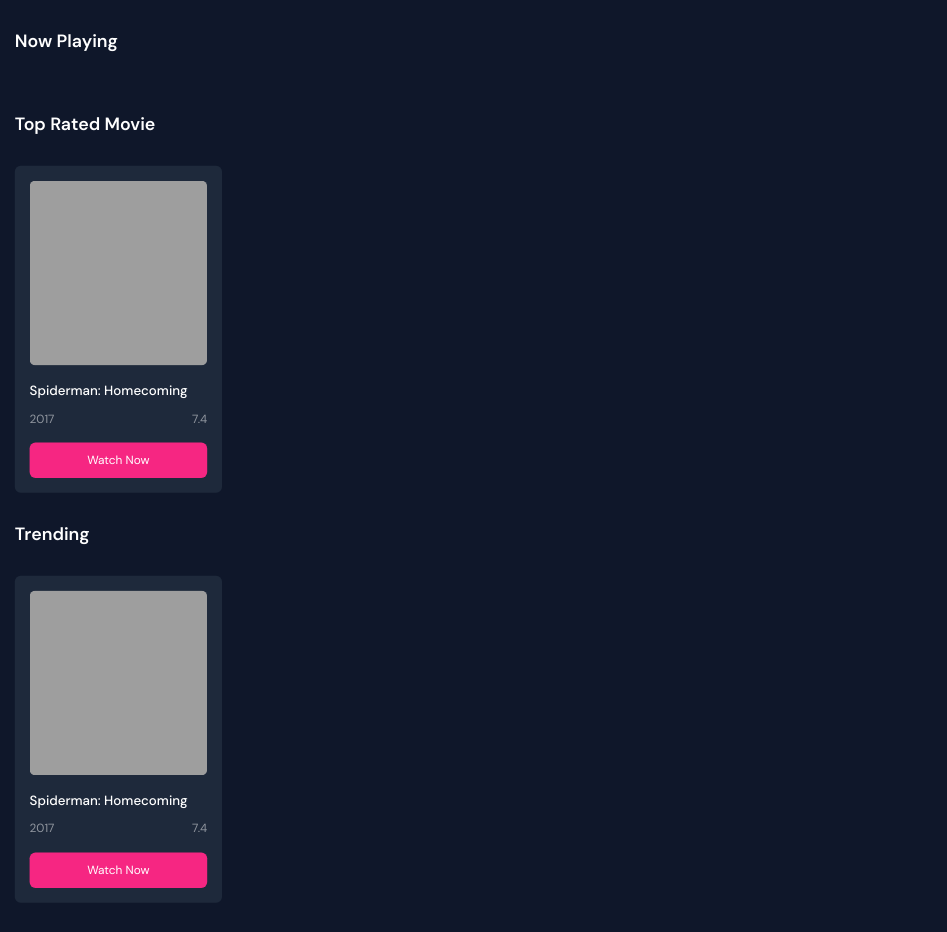
Repository: Duchieu7802/React-Simple-Movie
Page: /
The author's editor kept a copy of each file at every save. The page is drawn from the files as they stood at one save, then again after the next save.
The browser window is 1280 px wide. The pictures show the part of the page from y = 504 to 2206 px (the page is 1764 px tall before and 2206 px after), at 74% of full size.
Pictures or frames that could not be fetched are drawn as grey boxes. The project was rebuilt for these pictures with package versions that can differ from the ones it lists, and the page was loaded fresh each time. Also part of the build but not shown: vite.config.js.

Above is the page before, as saved 2024-05-28 20:24:31.

### index.html
<!DOCTYPE html>
<html lang="en">
	<head>
		<meta charset="UTF-8" />
		<link rel="icon" type="image/svg+xml" href="/vite.svg" />
		<meta name="viewport" content="width=device-width, initial-scale=1.0" />
		<title>Vite + React</title>
		<link rel="preconnect" href="https://fonts.googleapis.com" />
		<link rel="preconnect" href="https://fonts.gstatic.com" crossorigin />
		<link
			href="https://fonts.googleapis.com/css2?family=DM+Sans:ital,opsz,wght@0,9..40,100..1000;1,9..40,100..1000&display=swap"
			rel="stylesheet"
		/>
	</head>
	<body>
		<div id="root"></div>
		<script type="module" src="/src/main.jsx"></script>
	</body>
</html>

### src/main.jsx
import React from "react";
import ReactDOM from "react-dom/client";
import App from "./App.jsx";
import "./index.scss";
// eslint-disable-next-line no-unused-vars
import { BrowserRouter } from "react-router-dom";
ReactDOM.createRoot(document.getElementById("root")).render(
	<React.StrictMode>
		<BrowserRouter>
			<App />
		</BrowserRouter>
	</React.StrictMode>
);

### src/App.jsx
import { Fragment } from "react";
import { NavLink } from "react-router-dom";
function App() {
	return (
		<Fragment>
			<header className="header flex py-10 mb-10 justify-center items-center gap-x-5">
				<span className="text-primary">Home</span>
				<span className="text-white">Movies</span>
			</header>
			<section className=" h-[400px] banner page-container capitalize pb-10">
				<div className="w-full h-full rounded-lg relative ">
					<div className="overlay absolute inset-0 bg-gradient-to-t from-[rgba(0,0,0,0.5)] to-[rgba(0,0,0,0.5)] rounded-lg"></div>
					<img
						src="https://articles-images.sftcdn.net/wp-content/uploads/sites/3/2019/03/endgame-1280.jpg"
						alt=""
						className="w-full h-full object-cover rounded-lg"
					/>
					<div className="absolute left-10 bottom-5 text-white">
						<h2 className="font-bold mb-5 text-3xl">Avengers: Endgame</h2>
						<div className="flex items-center gap-x-2 mb-5">
							<span className="px-5 py-2 border border-gray-500 rounded-lg">
								Action
							</span>
							<span className="px-5 py-2 border border-gray-500 rounded-lg">
								Adventure
							</span>
							<span className="px-5 py-2 border border-gray-500 rounded-lg">
								Drama
							</span>
						</div>
						<button className="py-3 px-6 rounded-lg bg-primary">
							Watch Now
						</button>
					</div>
				</div>
			</section>
			<section className="movies-layout page-container text-white pb-10">
				<h2 className="text-2xl capitalize font-semibold mb-10">Now playing</h2>
				<div className="movie-list grid grid-cols-4 gap-10"></div>
			</section>
			<section className="movies-layout page-container text-white pb-10">
				<h2 className="text-2xl capitalize font-semibold mb-10">
					Top rated movie
				</h2>
				<div className="movie-list grid grid-cols-4 gap-10">
					<div className="movie-card bg-slate-800 rounded-lg p-5">
						<img
							src="https://articles-images.sftcdn.net/wp-content/uploads/sites/3/2019/03/endgame-1280.jpg"
							alt=""
							className="w-full h-[250px] object-cover rounded-lg mb-5"
						/>
						<h3 className="capitalize text-lg font-medium mb-3">
							Spiderman: Homecoming
						</h3>
						<div className="flex items-center justify-between opacity-50 mb-5">
							<span>2017</span>
							<span>7.4</span>
						</div>
						<button className="capitalize px-5 py-3 bg-primary rounded-lg w-full">
							watch now
						</button>
					</div>
				</div>
			</section>
			<section className="movies-layout page-container text-white pb-10">
				<h2 className="text-2xl capitalize font-semibold mb-10">Trending</h2>
				<div className="movie-list grid grid-cols-4 gap-10">
					<div className="movie-card bg-slate-800 rounded-lg p-5">
						<img
							src="https://articles-images.sftcdn.net/wp-content/uploads/sites/3/2019/03/endgame-1280.jpg"
							alt=""
							className="w-full h-[250px] object-cover rounded-lg mb-5"
						/>
						<h3 className="capitalize text-lg font-medium mb-3">
							Spiderman: Homecoming
						</h3>
						<div className="flex items-center justify-between opacity-50 mb-5">
							<span>2017</span>
							<span>7.4</span>
						</div>
						<button className="capitalize px-5 py-3 bg-primary rounded-lg w-full">
							watch now
						</button>
					</div>
				</div>
			</section>
		</Fragment>
	);
}

export default App;

### src/index.scss
@tailwind base;
@tailwind components;
@tailwind utilities;

@layer base {
	body {
		@apply bg-slate-900 font-body px-5;
	}
}
@layer components {
	.page-container {
		max-width: 1280px;
		margin-left: auto;
		margin-right: auto;
	}
}

### tailwind.config.js
/** @type {import('tailwindcss').Config} */
export default {
	content: ["./index.html", "./src/**/*.{js,ts,jsx,tsx}"],
	theme: {
		extend: {
			fontFamily: {
				body: ["DM Sans", "sans-serif"],
			},
			colors: {
				primary: "#F62682",
			},
		},
	},
	plugins: [],
};

### src/components/movie/MovieCard.jsx
const MovieCard = () => {
	return (
		<div className="movie-card bg-slate-800 rounded-lg p-5">
			<img
				src="https://articles-images.sftcdn.net/wp-content/uploads/sites/3/2019/03/endgame-1280.jpg"
				alt=""
				className="w-full h-[250px] object-cover rounded-lg mb-5"
			/>
			<h3 className="capitalize text-lg font-medium mb-3">
				Spiderman: Homecoming
			</h3>
			<div className="flex items-center justify-between opacity-50 mb-5">
				<span>2017</span>
				<span>7.4</span>
			</div>
			<button className="capitalize px-5 py-3 bg-primary rounded-lg w-full">
				watch now
			</button>
		</div>
	);
};

export default MovieCard;

After the next save:
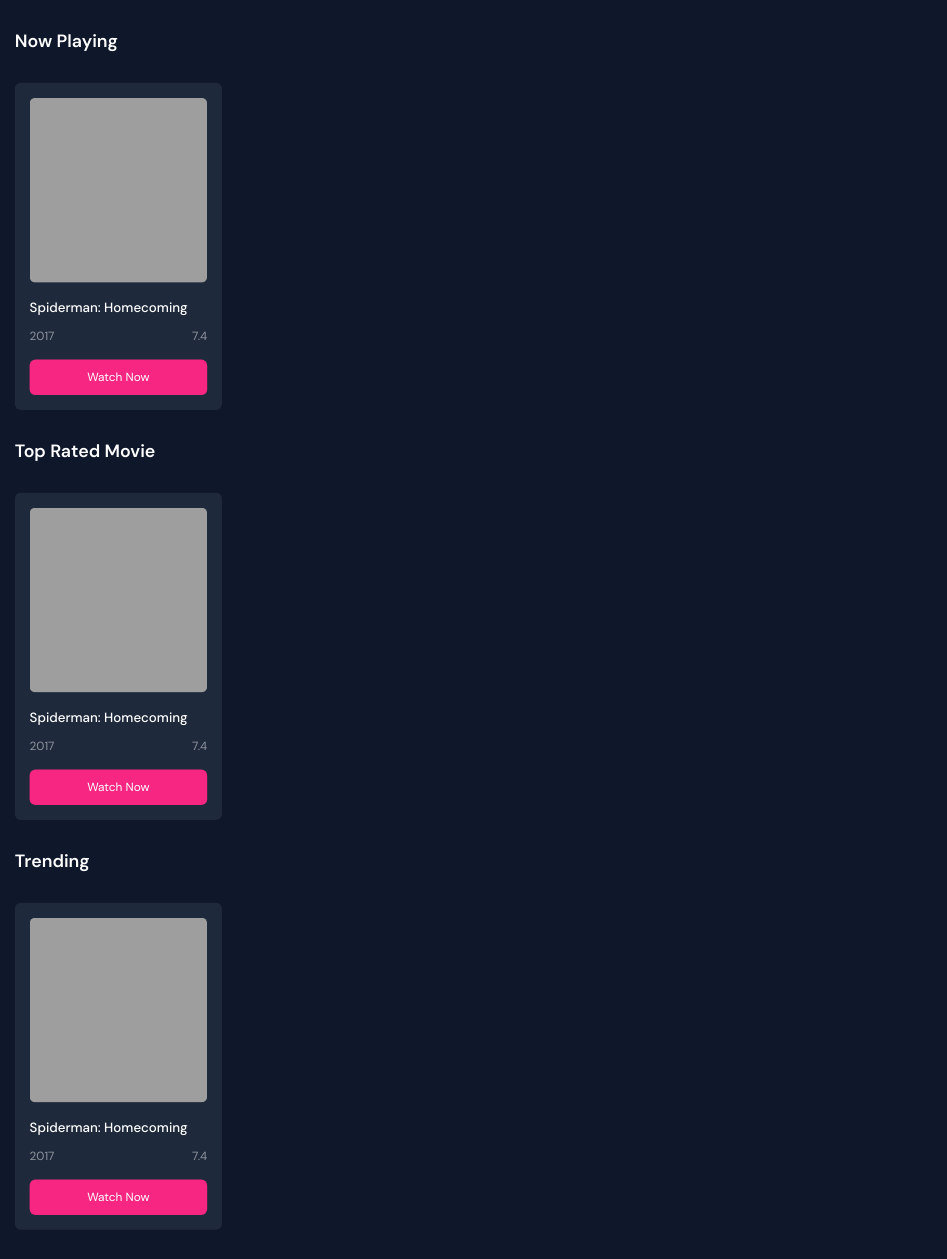
Saved 24 s later.
--- a/src/App.jsx
+++ b/src/App.jsx
@@ -1,5 +1,6 @@
 import { Fragment } from "react";
 import { NavLink } from "react-router-dom";
+import MovieCard from "./components/movie/MovieCard";
 function App() {
 	return (
 		<Fragment>
@@ -36,7 +37,9 @@
 			</section>
 			<section className="movies-layout page-container text-white pb-10">
 				<h2 className="text-2xl capitalize font-semibold mb-10">Now playing</h2>
-				<div className="movie-list grid grid-cols-4 gap-10"></div>
+				<div className="movie-list grid grid-cols-4 gap-10">
+					<MovieCard></MovieCard>
+				</div>
 			</section>
 			<section className="movies-layout page-container text-white pb-10">
 				<h2 className="text-2xl capitalize font-semibold mb-10">
